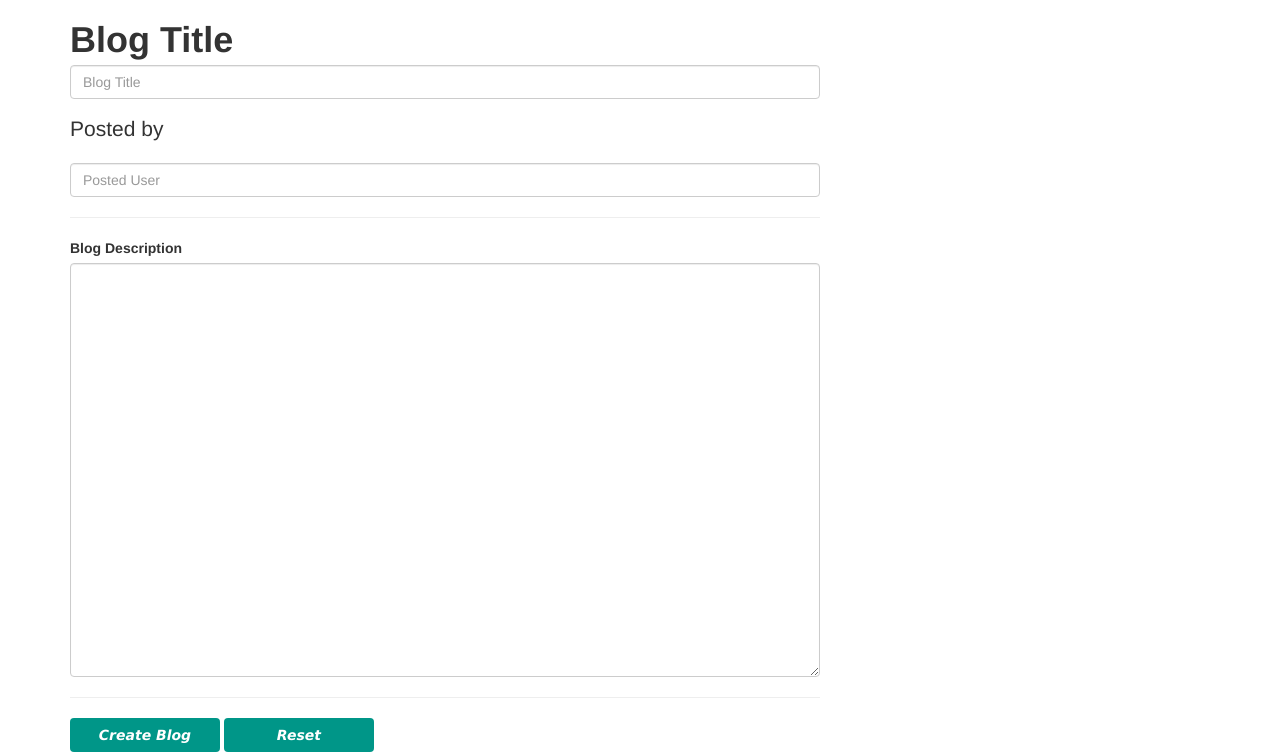
Repository: Indurupi/FriendZone
Page: FriendZoneFrontEnd/WebContent/createblog.html
The author's editor kept a copy of each file at every save. The page is drawn from the files as they stood at one save, then again after the next save.
The browser window is 1280 px wide. The pictures show the whole page.
Some web libraries are served in a nearby version.

Above is the page before, as saved 2017-03-17 08:37:40.

After the next save:
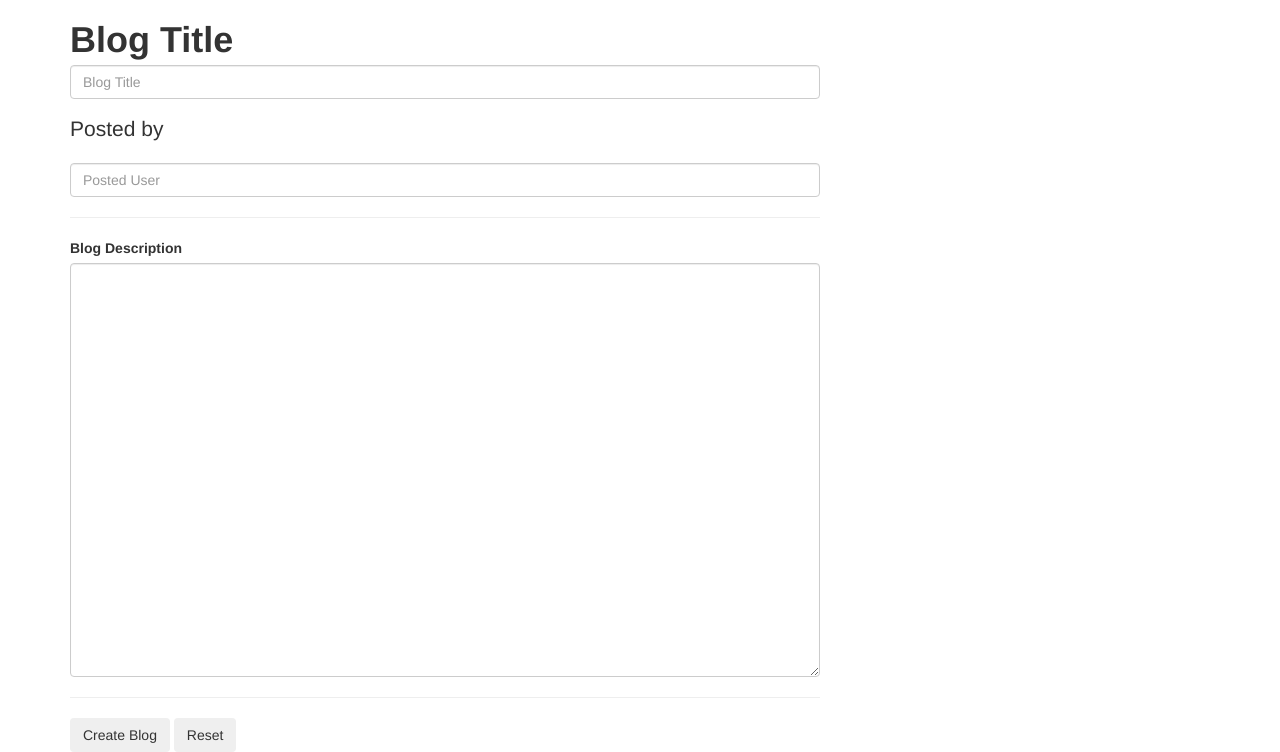
Saved 7 s later.
--- a/FriendZoneFrontEnd/WebContent/createblog.html
+++ b/FriendZoneFrontEnd/WebContent/createblog.html
@@ -29,45 +29,7 @@
         <script src="https://oss.maxcdn.com/libs/html5shiv/3.7.0/html5shiv.js"></script>
         <script src="https://oss.maxcdn.com/libs/respond.js/1.4.2/respond.min.js"></script>
         <![endif]-->
-<style type="text/css">
-.body:not (#holder ) {
-	background-color: #ffffff;
-}
 
-#holder {
-	display: inline-block;
-	border-radius: 5px;
-	background: linear-gradient(to bottom, #b2dfdb 60%, #00796b 130%);
-	box-shadow: 0px 0px 20px #b2dfdb;
-	margin: 10px 25px;
-	justify-content: center;
-	width: 80%;
-	padding: 20px;
-}
-
-#holder:HOVER {
-	cursor: pointer;
-	box-shadow: 10px 10px 20px #b2dfdb;
-	/* background: linear-gradient(to bottom, #b2dfdb 60%, #80CBC4 130%); */
-}
-
-#custom-button {
-	color: #ffffff;
-	width: 20%;
-	background-color: #009688;
-	font-family: Verdana, san-serif;
-	font-weight: bold;
-	font-style: italic;
-}
-
-.form-control:focus {
-	border: 2px solid #009688;
-}
-
-#commentsblock {
-	width: 80%;
-}
-</style>
 
 </head>
 
